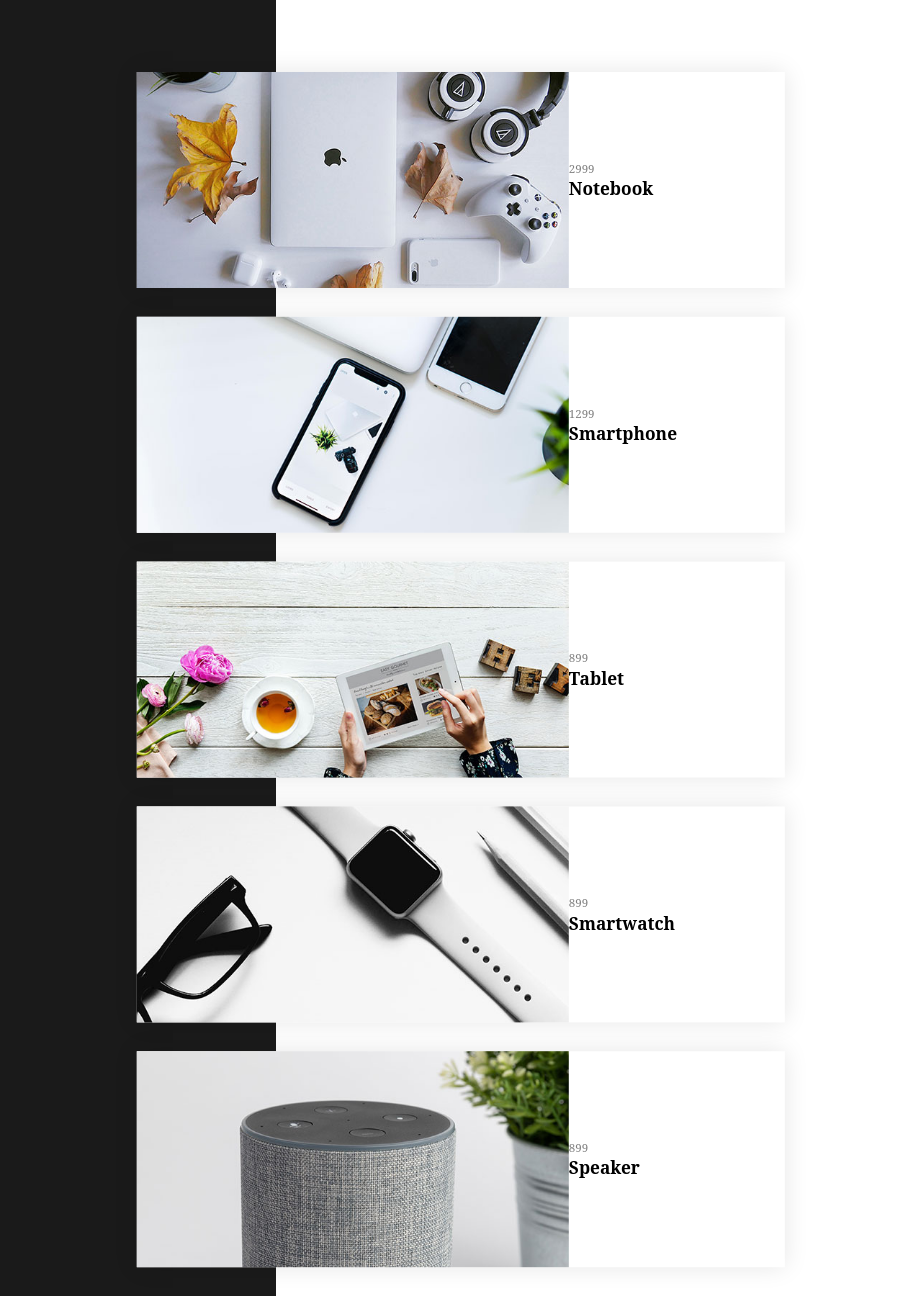
Repository: tomvieir/techno
Page: index.html
The author's editor kept a copy of each file at every save. The page is drawn from the files as they stood at one save, then again after a run of saves.
The browser window is 1280 px wide. The pictures show the whole page, at 72% of full size.

Above is the page before, as saved 2022-06-23 15:39:51.

After the next 2 saves:
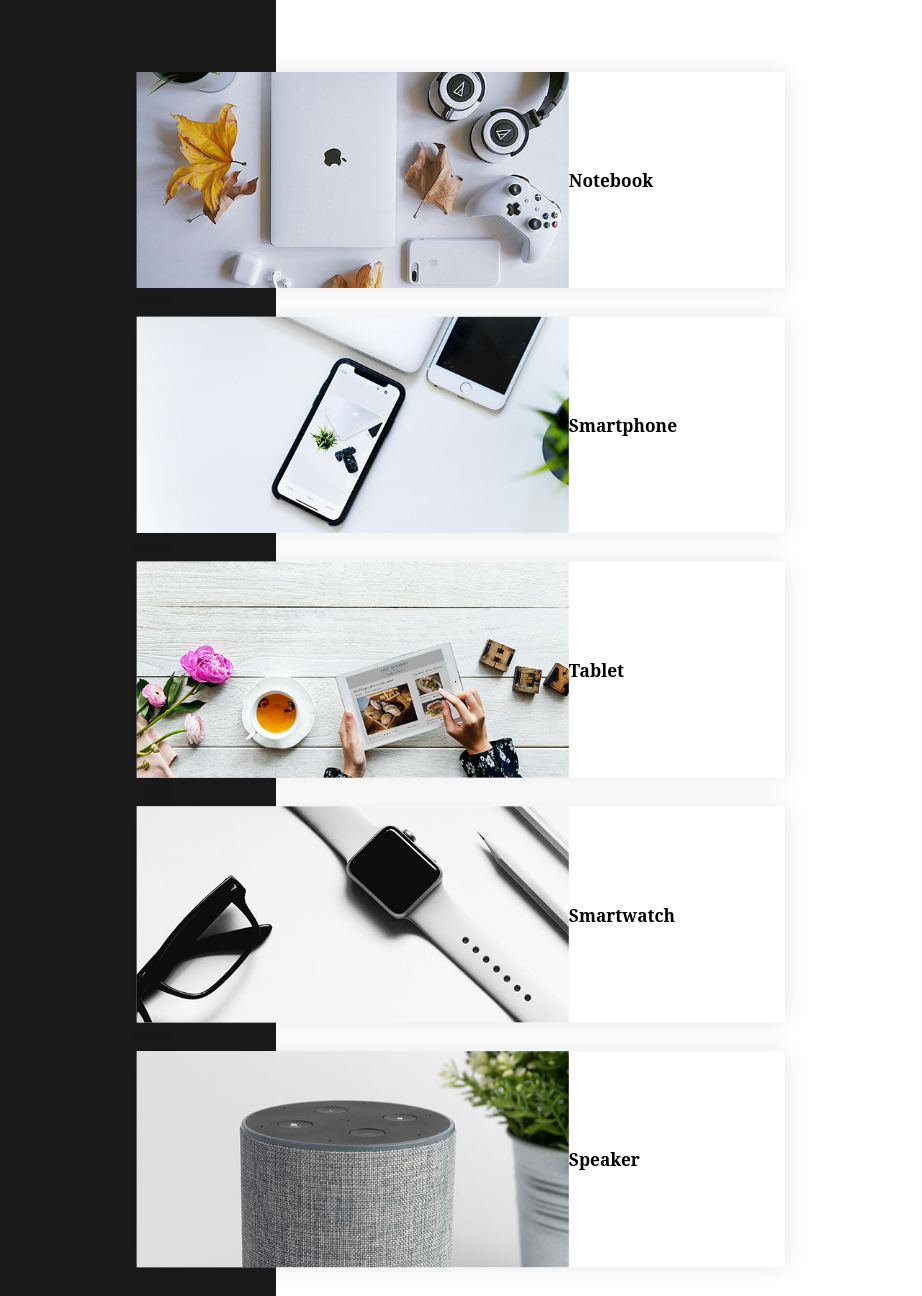
The 2 saves are shown as one change because they came seconds apart.
The last was saved 5 s later.
--- a/app.js
+++ b/app.js
@@ -17,7 +17,7 @@
 
   filters: {
     formatarPreco(preco) {
-      return preco
+      return preco.toLo
     }
   },
 
